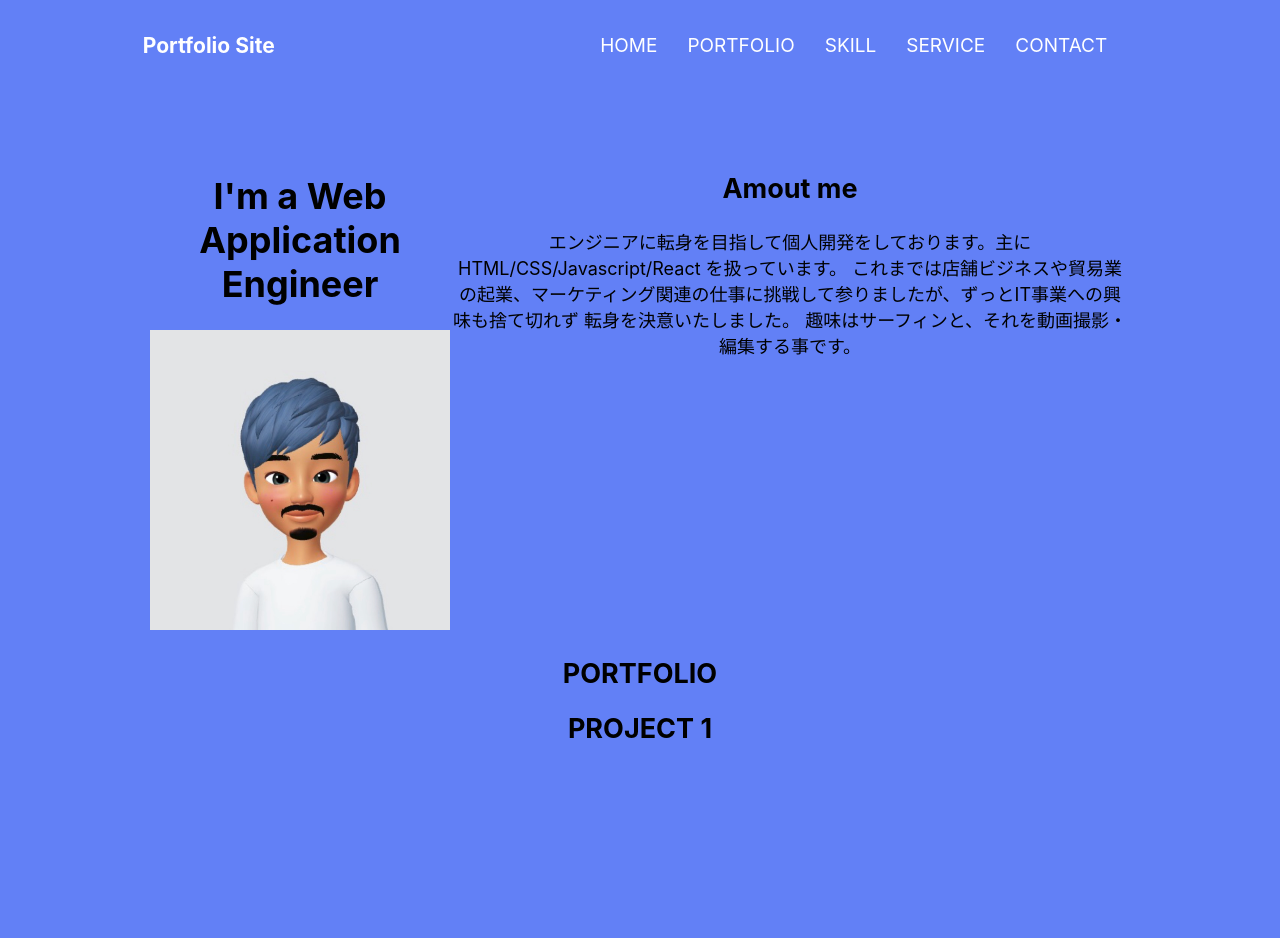
Repository: Seiya00002/my-portfolio-website2
Page: /
The author's editor kept a copy of each file at every save. The page is drawn from the files as they stood at one save, then again after the next save.
The browser window is 1280 px wide. The pictures show the whole page.
The project was rebuilt for these pictures with package versions that can differ from the ones it lists, and the page was loaded fresh each time.

Above is the page before, as saved 2023-09-22 17:00:38.

After the next save:
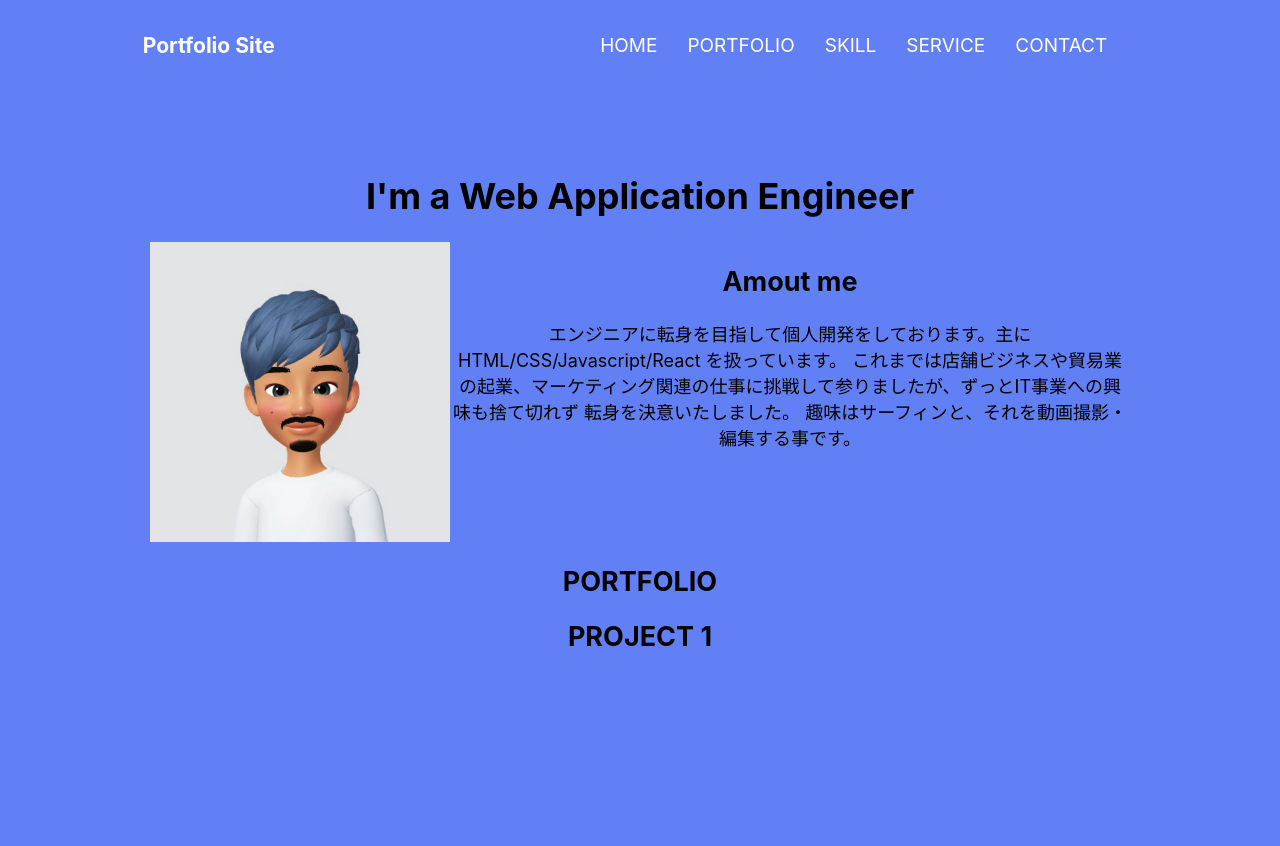
Saved 2 min 28 s later.
--- a/src/Components/Homepage.tsx
+++ b/src/Components/Homepage.tsx
@@ -3,11 +3,9 @@
 const Homepage = () => {
   return (
     <div className='container'>
+        <h1>I'm a Web Application Engineer</h1>
         <div className='top' id='top'>
-            <div className='top-left'>
-                <h1>I'm a Web Application Engineer</h1>
                 <img src='/image/m-drawing.jpg' alt='profile-image' />
-            </div>
             <div className='top-right'>
                 <h2>Amout me</h2>
                 <p>エンジニアに転身を目指して個人開発をしております。主にHTML/CSS/Javascript/React を扱っています。
